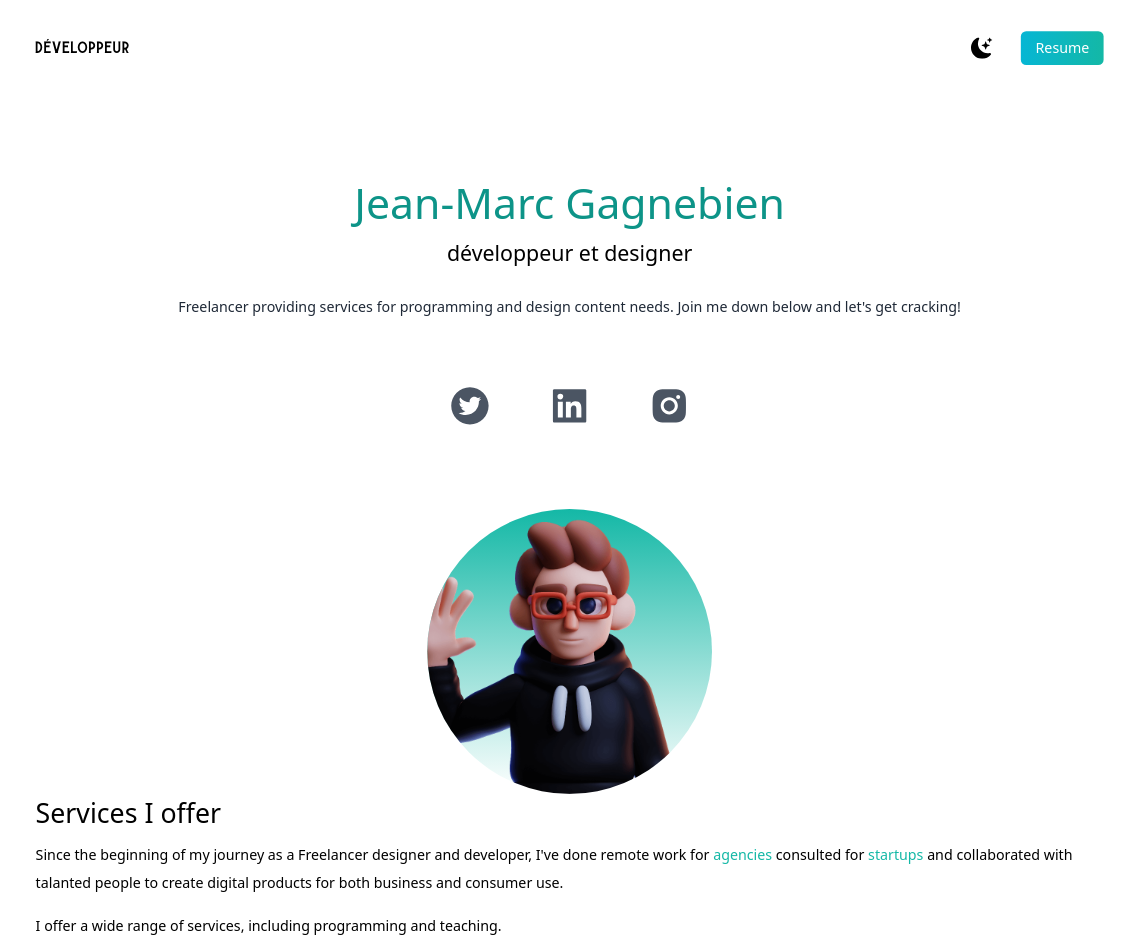
Repository: Jean-MarcG/portfoli_next
Page: /
The author's editor kept a copy of each file at every save. The page is drawn from the files as they stood at one save, then again after the next save.
The browser window is 1280 px wide. The pictures show the whole page, at 89% of full size.
The project was rebuilt for these pictures with package versions that can differ from the ones it lists, and the page was loaded fresh each time. The framework's server and built-in components were replaced by stand-ins that run in the browser. Also part of the build but not shown: next.config.js.

Above is the page before, as saved 2023-04-01 17:52:27.

### pages/index.js
import Head from 'next/head';
import {BsFillMoonStarsFill} from 'react-icons/bs';
import {AiFillTwitterCircle, AiFillLinkedin, AiFillInstagram} from 'react-icons/ai'
import Image from 'next/image';
import deved from '../public/dev-ed-wave.png'

export default function Home() {
  return (
    <>
    <Head>
    <title>Jean-Marc Gagnebien Portfolio</title>
    <meta name="description" content="Generated by create next app" />
    <meta name="viewport" content="width=device-width, initial-scale=1" />
    <link rel="icon" href="/favicon.ico" />
    </Head>
      <main className='bg-white px-10 '>
        <section className='min-h-screen'>
          <nav className='py-10 mb-12 flex justify-between'>
            <h1 className='text-xl font-burtons'>développeur</h1>
              <ul className='flex items-center'>
                <li>
                  <BsFillMoonStarsFill className='cursor-pointer text-2xl'/>
                </li>
                <li>
                  <a className='bg-gradient-to-r from-cyan-500 to-teal-500 text-white px-4 py-2 rounded-md ml-8' href='#'>Resume</a>
                </li>
              </ul>
          </nav>
          <div className='text-center p-10'>
            <h2 className='text-5xl py-2 text-teal-600 font-medium'>Jean-Marc Gagnebien</h2>
            <h3 className='text-2xl py-2'>développeur et designer</h3>
            <p className='text-md py-5 leading-8 text-gray-800'>Freelancer providing services for programming and design content needs. Join me down below and let's get cracking!</p>
          </div>
          <div className='text-5xl flex justify-center gap-16 py-3 text-gray-600'>
            <AiFillTwitterCircle />
            <AiFillLinkedin />
            <AiFillInstagram />
          </div>
          <div>
            <div className='relative mx-auto bg-gradient-to-b from-teal-500 rounded-full w-80 h-80 mt-20 overflow-hidden'>
              <Image src={deved} alt='photo développeur' fill style={{objectFit:'cover'}}/>
            </div>
          </div>
        </section>

        <section>
          <div>
            <h3 className='text-3xl py-1'>Services I offer</h3>
            <p className='text-md py-2 leading-8 text-gray-80'>
              Since the beginning of my journey as a Freelancer designer and developer, I've done remote work for
              <span className='text-teal-500'> agencies </span>consulted for <span className='text-teal-500'> startups </span>and collaborated with talanted people to create digital products for both business and consumer use.
            </p>
            <p className='text-md py-2 leading-8 text-gray-80'>
              I offer a wide range of services, including programming and teaching.
            </p>
          </div>
        </section>

      </main>
    </>
    )
  }

### styles/globals.css
@tailwind base;
@tailwind components;
@tailwind utilities;

* {
  box-sizing: border-box;
  padding: 0;
  margin: 0;
}

html,
body {
  max-width: 100vw;
  overflow-x: hidden;
}

body {
  color: rgb(var(--foreground-rgb));
  background: linear-gradient(
      to bottom,
      transparent,
      rgb(var(--background-end-rgb))
    )
    rgb(var(--background-start-rgb));
}

a {
  color: inherit;
  text-decoration: none;
}

@font-face {
  font-family: "burtons";
  src: url(../public/Burtons.otf);
}

### tailwind.config.js
/** @type {import('tailwindcss').Config} */
module.exports = {
  content: [
    "./app/**/*.{js,ts,jsx,tsx}",
    "./pages/**/*.{js,ts,jsx,tsx}",
    "./components/**/*.{js,ts,jsx,tsx}",

    // Or if using `src` directory:
    "./src/**/*.{js,ts,jsx,tsx}",
  ],
  theme: {
    extend: {
      fontFamily: {
        burtons: 'burtons',
      }
    },
  },
  plugins: [],
}

Loaded but not shown: pages/_app.js (common file); pages/_document.js (common file)

After the next save:
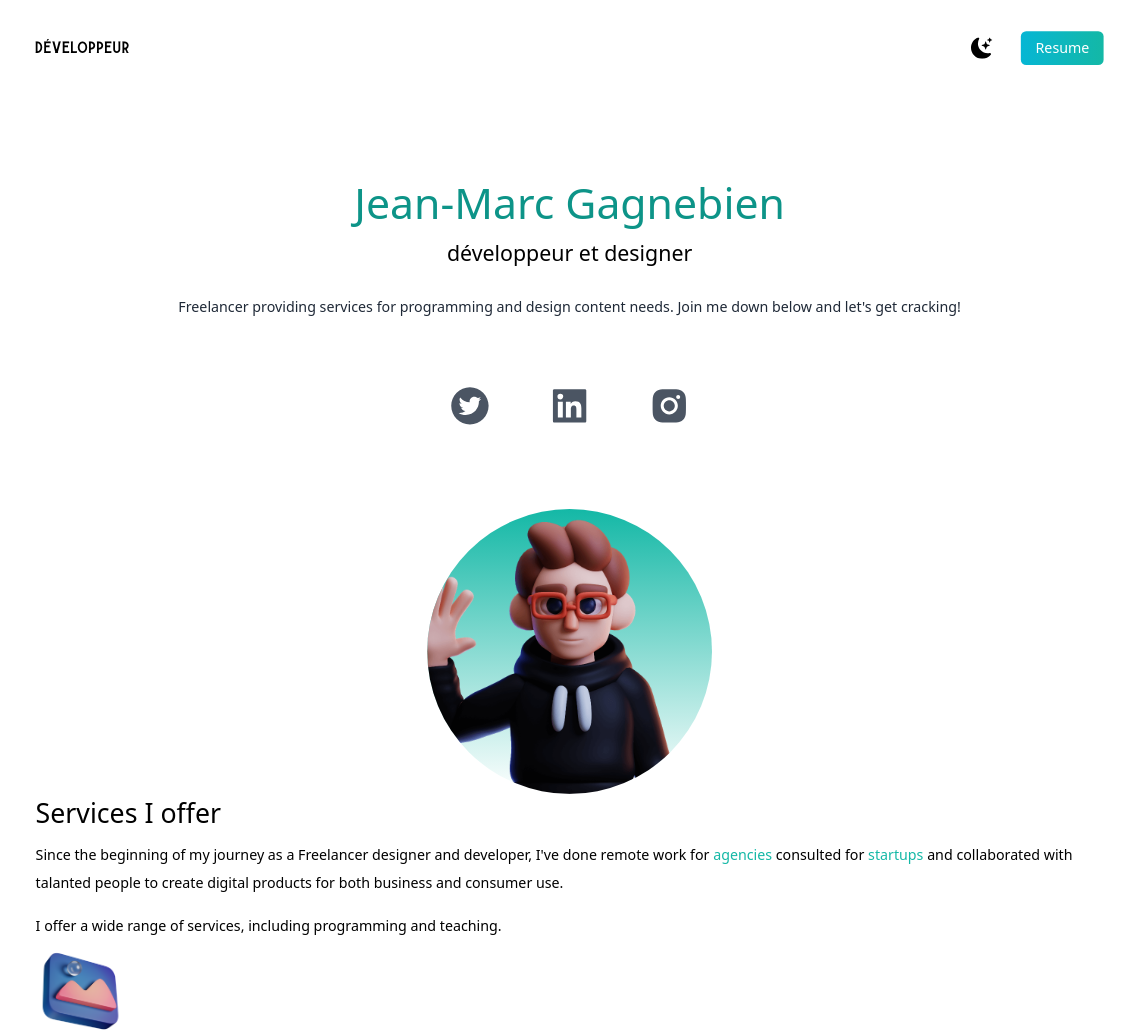
Saved 2 min 22 s later.
--- a/pages/index.js
+++ b/pages/index.js
@@ -2,7 +2,10 @@
 import {BsFillMoonStarsFill} from 'react-icons/bs';
 import {AiFillTwitterCircle, AiFillLinkedin, AiFillInstagram} from 'react-icons/ai'
 import Image from 'next/image';
-import deved from '../public/dev-ed-wave.png'
+import deved from '../public/dev-ed-wave.png';
+import design from '../public/design.png';
+import code from '../public/code.png';
+import consulting from '../public/consulting.png';
 
 export default function Home() {
   return (
@@ -54,6 +57,12 @@
               I offer a wide range of services, including programming and teaching.
             </p>
           </div>
+          <div>
+            <div className=''>
+              <Image src={design} width={100} height={100} />
+
+            </div>
+          </div>
         </section>
 
       </main>
